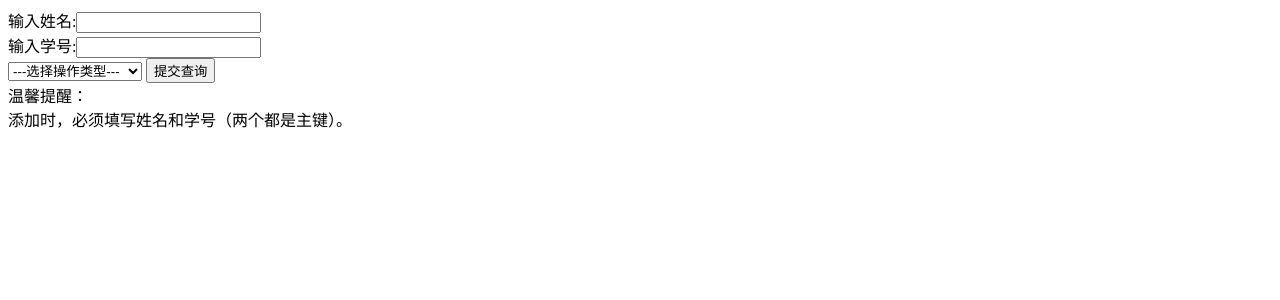
Repository: Matty-GCU/MyEclipse
Page: Java_Web_Learning/WebRoot/chapter06_JSP&JDBC/homework/stu_info_mng_sys.html
An editor plug-in stored every save of this project. The page is shown before and after the next save, followed by the edit.
The browser window is 1280 px wide. The pictures show the whole page.

Above is the page before, as saved 2021-10-16 08:45:31.

After the next save:
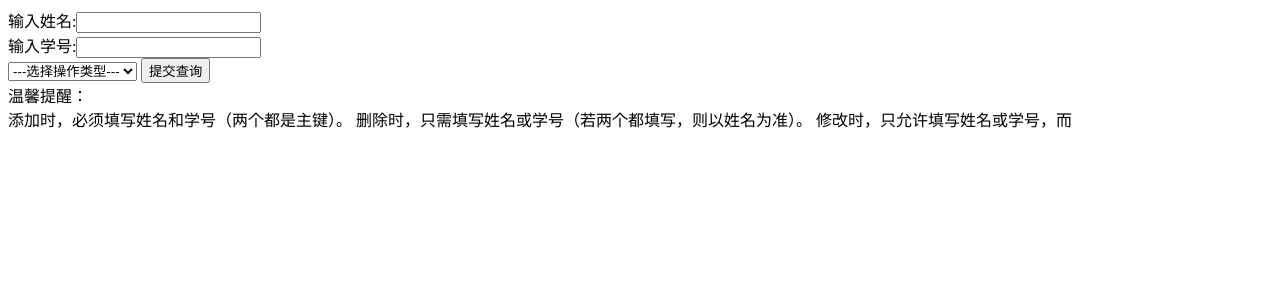
Saved 2 min 49 s later.
--- a/Java_Web_Learning/WebRoot/chapter06_JSP&JDBC/homework/stu_info_mng_sys.html
+++ b/Java_Web_Learning/WebRoot/chapter06_JSP&JDBC/homework/stu_info_mng_sys.html
@@ -12,12 +12,15 @@
 				<option>---选择操作类型---</option>
 				<option value="添加">添加</option>
 				<option value="删除">删除</option>
-				<option value="修改">修改(Update)</option>
-				<option value="查询">查询学号(Retrieve)</option>
+				<option value="修改学号">修改学号</option>
+				<option value="修改姓名"></option>
+				<option value="查询">查询学号</option>
 			</select>
 			<input type="submit" value="提交查询">
 		</form>
 		温馨提醒：<br>
 		添加时，必须填写姓名和学号（两个都是主键）。
+		删除时，只需填写姓名或学号（若两个都填写，则以姓名为准）。
+		修改时，只允许填写姓名或学号，而
 	</body>
 </html>
